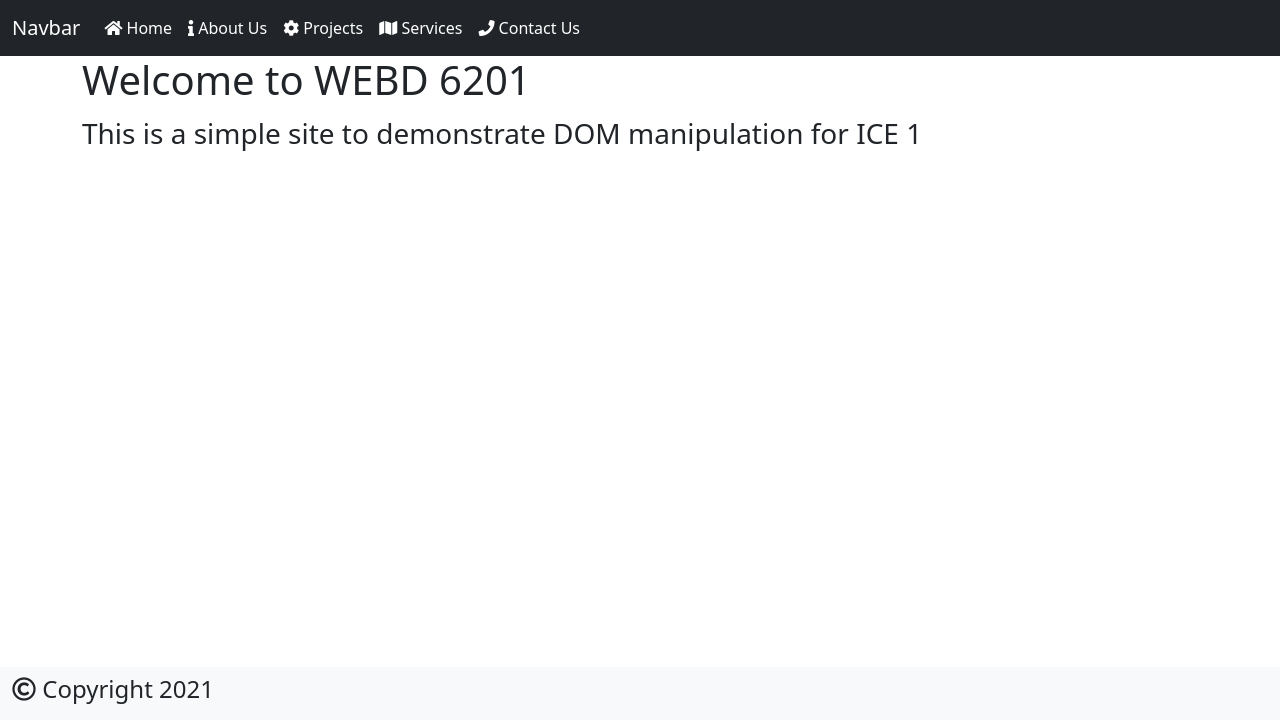
Repository: spencernewellevans/WEBD6201-ICE01
Page: index.html
An editor plug-in stored every save of this project. The page is shown before and after the next save, followed by the edit.
The browser window is 1280 px wide. The pictures show the whole page.

Above is the page before, as saved 2021-01-22 15:37:54.

### index.html
<!DOCTYPE html>
<html lang="en">
<head>
    <meta charset="UTF-8">
    <meta name="viewport" content="width=device-width, initial-scale=1.0">
    <title>WEBD6201 - ICE01</title>
    <!-- CSS Section-->
    <link rel="stylesheet" href="./node_modules/bootstrap/dist/css/bootstrap.min.css">
    <link rel="stylesheet" href="./node_modules/@fortawesome/fontawesome-free/css/all.min.css">
    <link rel="stylesheet" href="./Content/app.css">
</head>
<body>
    <header>
        <nav class="navbar navbar-expand-lg navbar-dark bg-dark">
            <div class="container-fluid">
              <a class="navbar-brand" href="#">Navbar</a>
              <button class="navbar-toggler" type="button" data-bs-toggle="collapse" data-bs-target="#navbarSupportedContent" aria-controls="navbarSupportedContent" aria-expanded="false" aria-label="Toggle navigation">
                <span class="navbar-toggler-icon"></span>
              </button>
              <div class="collapse navbar-collapse" id="navbarSupportedContent">
                <ul class="navbar-nav me-auto mb-2 mb-lg-0">
                  <li class="nav-item">
                    <a class="nav-link active" aria-current="page" href="#"><i class="fas fa-home fa-large"></i> Home</a>
                  </li>

                  <li class="nav-item">
                    <a class="nav-link active" aria-current="page" href="#"><i class="fas fa-info fa-large"></i> About Us</a>
                  </li>

                  <li class="nav-item">
                    <a class="nav-link active" aria-current="page" href="#"><i class="fas fa-cog fa-large"></i> Projects</a>
                  </li>

                  <li class="nav-item">
                    <a class="nav-link active" aria-current="page" href="#"><i class="fas fa-map fa-large"></i> Services</a>
                  </li>

                  <li class="nav-item">
                    <a class="nav-link active" aria-current="page" href="#"><i class="fas fa-phone fa-large"></i> Contact Us</a>
                  </li>
                </ul>
              </div>
            </div>
          </nav>
    </header>

    <main class="container">
        <h1>Welcome to WEBD 6201</h1>
        <p id="paragraphOne"></p>
    </main>

    <footer>
        <nav class="navbar fixed-bottom navbar-light bg-light">
            <div class="container-fluid">
              <h4><i class="far fa-copyright fa-large"></i> Copyright 2021</h4>
            </div>
          </nav>
    </footer>

    <!-- Script Section -->
    <script src="./node_modules/jquery/dist/jquery.min.js"></script>
    <script src="./node_modules/bootstrap/dist/js/bootstrap.bundle.min.js"></script>
    <script src="./Scripts/app.js"></script>
</body>
</html>

### content/app.css
/* Custom CSS goes here */

### scripts/app.js
/* Custom JavaScript goes here */

// IIFE - Immediately Invoked Function Expression
// Anonymous self-executing expression
// limits scope leak

"use strict";

(function()
{

    function Start()
    {
        console.log("App Started...");

        let paragraphOneText = "This is a simple site to demonstrate DOM manipulation for ICE 1";

        let paragraphOneElement = document.getElementById("paragraphOne");

        paragraphOneElement.textContent = paragraphOneText;
        paragraphOneElement.className = "fs-3"
    }

    window.addEventListener("load", Start);

})();

Loaded but not shown: node_modules/bootstrap/dist/css/bootstrap.min.css (library); node_modules/@fortawesome/fontawesome-free/css/all.min.css (library); node_modules/jquery/dist/jquery.min.js (library); node_modules/bootstrap/dist/js/bootstrap.bundle.min.js (library)

After the next save:
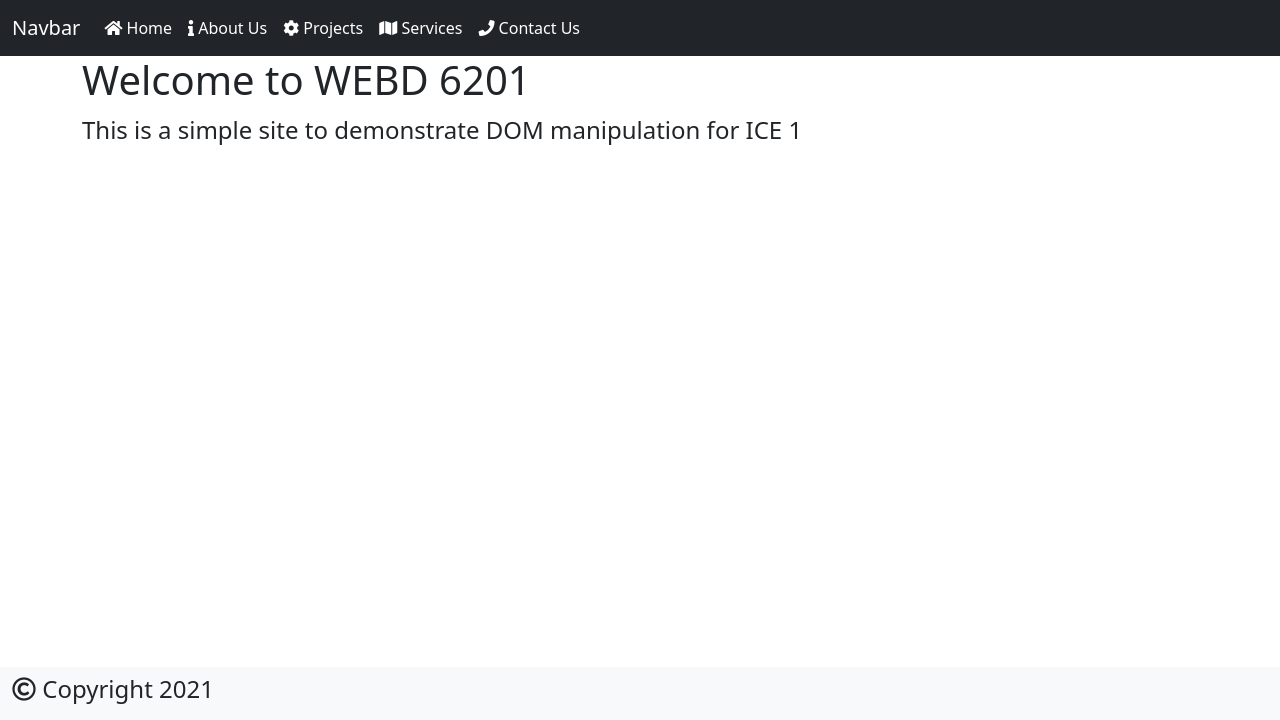
Saved 5 s later.
--- a/scripts/app.js
+++ b/scripts/app.js
@@ -18,7 +18,7 @@
         let paragraphOneElement = document.getElementById("paragraphOne");
 
         paragraphOneElement.textContent = paragraphOneText;
-        paragraphOneElement.className = "fs-3"
+        paragraphOneElement.className = "fs-4"
     }
 
     window.addEventListener("load", Start);
